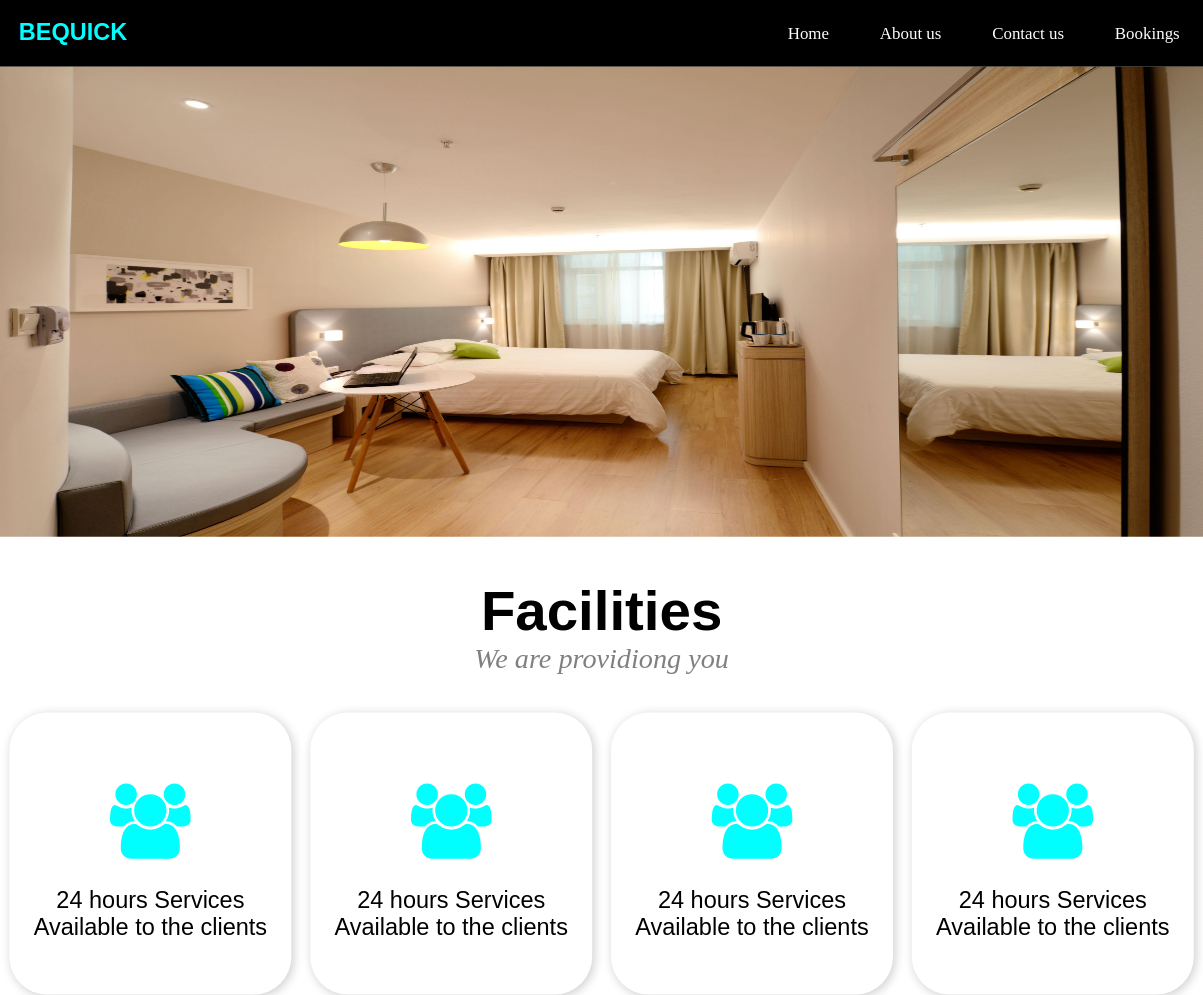
Repository: Ayushi6Sharma/BEQUICK_Hotel_Booking_Web
Page: index.html
The author's editor kept a copy of each file at every save. The page is drawn from the files as they stood at one save, then again after the next save.
The browser window is 1280 px wide. The pictures show the whole page, at 94% of full size.

Above is the page before, as saved 2022-05-09 01:07:12.

### index.html
<!DOCTYPE html>
<html lang="en">
<head>
    <meta charset="UTF-8">
    <meta http-equiv="X-UA-Compatible" content="IE=edge">
    <meta name="viewport" content="width=device-width, initial-scale=1.0">
    <link rel="stylesheet" href="style.css">
    <!-- <link rel="stylesheet" href="https://cdn.jsdelivr.net/npm/@fortawesome/fontawesome-free@5.15.4/css/fontawesome.min.css" integrity="sha384-jLKHWM3JRmfMU0A5x5AkjWkw/EYfGUAGagvnfryNV3F9VqM98XiIH7VBGVoxVSc7" crossorigin="anonymous"> -->
    <!-- <link href="https://cdnjs.cloudflare.com/ajax/libs/font-awesome/5.13.0/css/all.min.css" rel="stylesheet"> -->
    <link rel="stylesheet" href="https://stackpath.bootstrapcdn.com/font-awesome/4.7.0/css/font-awesome.min.css" integrity="sha384-wvfXpqpZZVQGK6TAh5PVlGOfQNHSoD2xbE+QkPxCAFlNEevoEH3Sl0sibVcOQVnN" crossorigin="anonymous">

</head>
    <title>Document</title>
</head>
<body>
    <main>
        <nav class="nav">

            <ul class="nav-list">
                <span class="logo">BEQUICK</span>
                <li><a href="#">Home</a></li>
                <li><a href="#">About us</a></li>
                <li><a href="#">Contact us</a></li>
                <li><a href="#">Bookings</a></li>
            </ul>
        </nav>
        <section>
            <div class="hotel-main-image">
                <!-- <div class="bookings-btn">Bookings</div> -->
                <img src="./images/hotel-img-2.jpg" class="hotel-img-2">
            </div>
        </section>
        <!-- section 2  -->
        <section>
            <div class="section2-facilities">
               <div class="main-facilities">Facilities</div>
                <div class="main-facilities-lower">We are providiong you </div>
            </div>
            <div class="flex1-container1">
                <div class="flex1-item1">
                    <div class="facilities">
                        <i class="fa fa-users fa-5x"></i>
                        <div class="facilities-content">
                            24 hours Services Available to the clients
                        </div>
                    </div>
                </div>
                <div class="flex1-item2">
                    <div class="facilities">
                        <i class="fa fa-users fa-5x"></i>
                        <div class="facilities-content">
                            24 hours Services Available to the clients
                        </div>
                    </div>
                </div>
                <div class="flex1-item3">
                    <div class="facilities">
                        <i class="fa fa-users fa-5x"></i>
                        <div class="facilities-content">
                            24 hours Services Available to the clients
                        </div>
                    </div>
                </div>
                <div class="flex1-item4">
                    <div class="facilities">
                        <i class="fa fa-users fa-5x"></i>
                        <div class="facilities-content">
                            24 hours Services Available to the clients
                        </div>
                    </div>
                </div>
            </div>
        </section>
    </main>
</body>
</html>

### style.css
*
{
    padding: 0px;
    margin: 0px;
    box-sizing: border-box;
}
/* nav */
.nav
{
    background-color: black;
}
.nav-list
{
    list-style-type:none;
    width: 100%;
    text-align: end;
}
.nav-list > li
{
    display: inline-block;
    padding: 25px;
    font-size: 18px;
}
.nav-list li a
{
    text-decoration: none;
    color:white;
}
.nav-list li a:hover
{
    color: aquamarine;
}
.logo
{
    padding: 20px;
    color:aqua;
    float: left;
    font-size: 25px;
    font-weight: bolder;
    font-family: sans-serif;
}
/* section 1 */
/* main image */
.hotel-img-2
{
    width: 100%;
    height:500px;
}
hotel-main-image
{
    position: relative;
}
/* .bookings-btn
{
    width:250px;
    height: 60px;
    background-color: black;
    color:white;
    border-radius: 40px;
    text-align: center;
    padding-top: 15px;
    font-size:25px;
    font-family: sans-serif;
    position: absolute;
} */

/* section 2 */
.flex1-container1
{
    display: flex;
    flex-direction: row;
    flex-wrap: wrap;
    margin-top: 40px;
    justify-content: space-around;
}
/* Facilities */
.section2-facilities
{
    text-align: center;
    margin-top:40px;
}
.main-facilities
{
    font-size: 60px;
    font-weight: bold;
    font-family: sans-serif;
}
.main-facilities-lower
{
    font-size: 30px;
    font-style: italic;
    color:grey;
}
.facilities
{
    width:300px;
    height:300px;
    text-align:center;
    border-radius: 40px;
    box-shadow: 2px 2px 10px 1px lightgrey;
}
.fa
{
    color:aqua;
    margin-top:25%;
}
.facilities-content
{   margin-top: 30px;
    font-size: 25px;
    font-family:sans-serif;
}

After the next save:
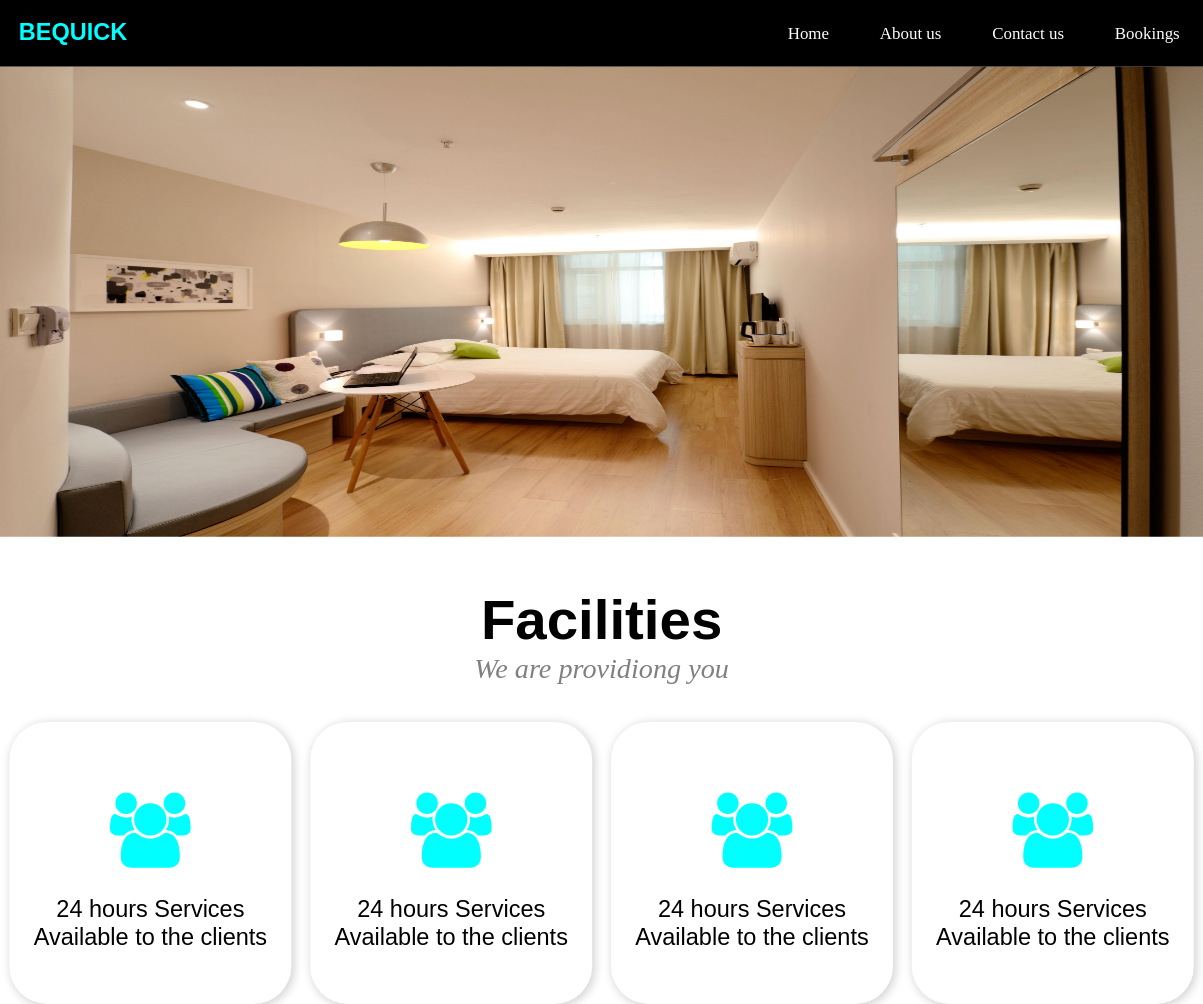
Saved 30 s later.
--- a/style.css
+++ b/style.css
@@ -77,7 +77,7 @@ hotel-main-image
 .section2-facilities
 {
     text-align: center;
-    margin-top:40px;
+    margin-top:50px;
 }
 .main-facilities
 {
